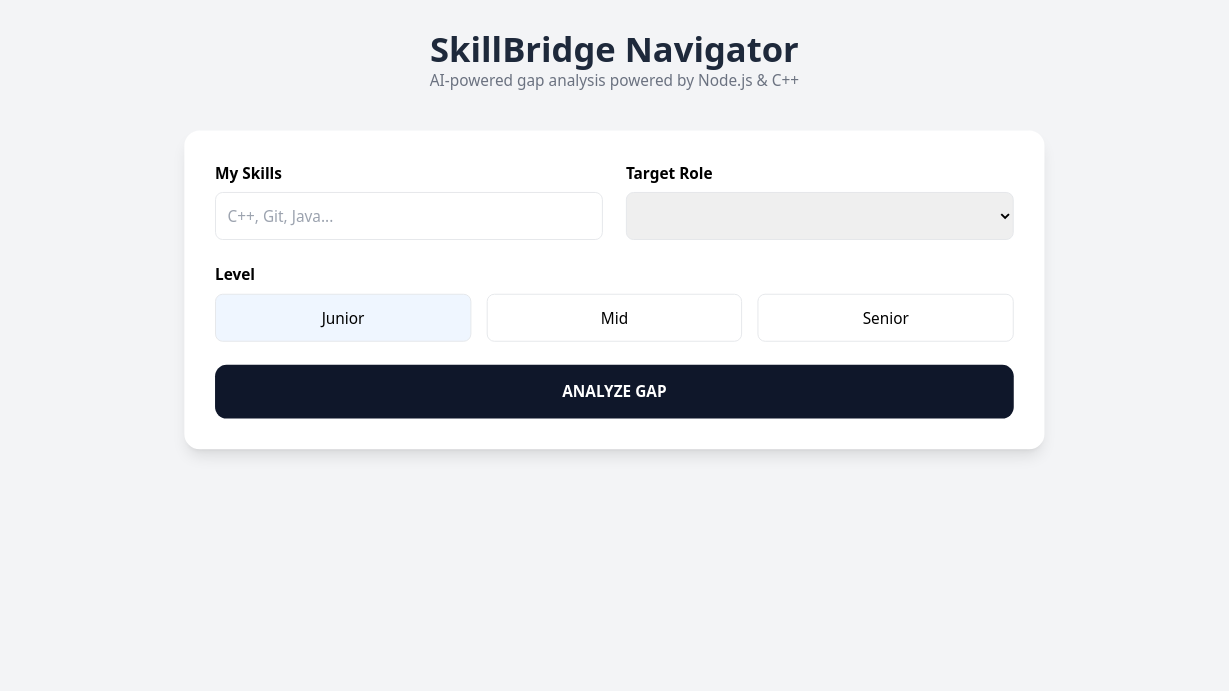
Repository: aasifk71/palo_alto
Page: public/index.html
These files come from the project's save history. The page is drawn as it stood at one moment and after the next save; the edit follows.
The browser window is 1280 px wide. The pictures show the whole page, at 96% of full size.
The page's requests for data from a server got no answer. Some web libraries are served in a nearby version.

Above is the page before, as saved 2026-03-19 00:52:27.

After the next save:
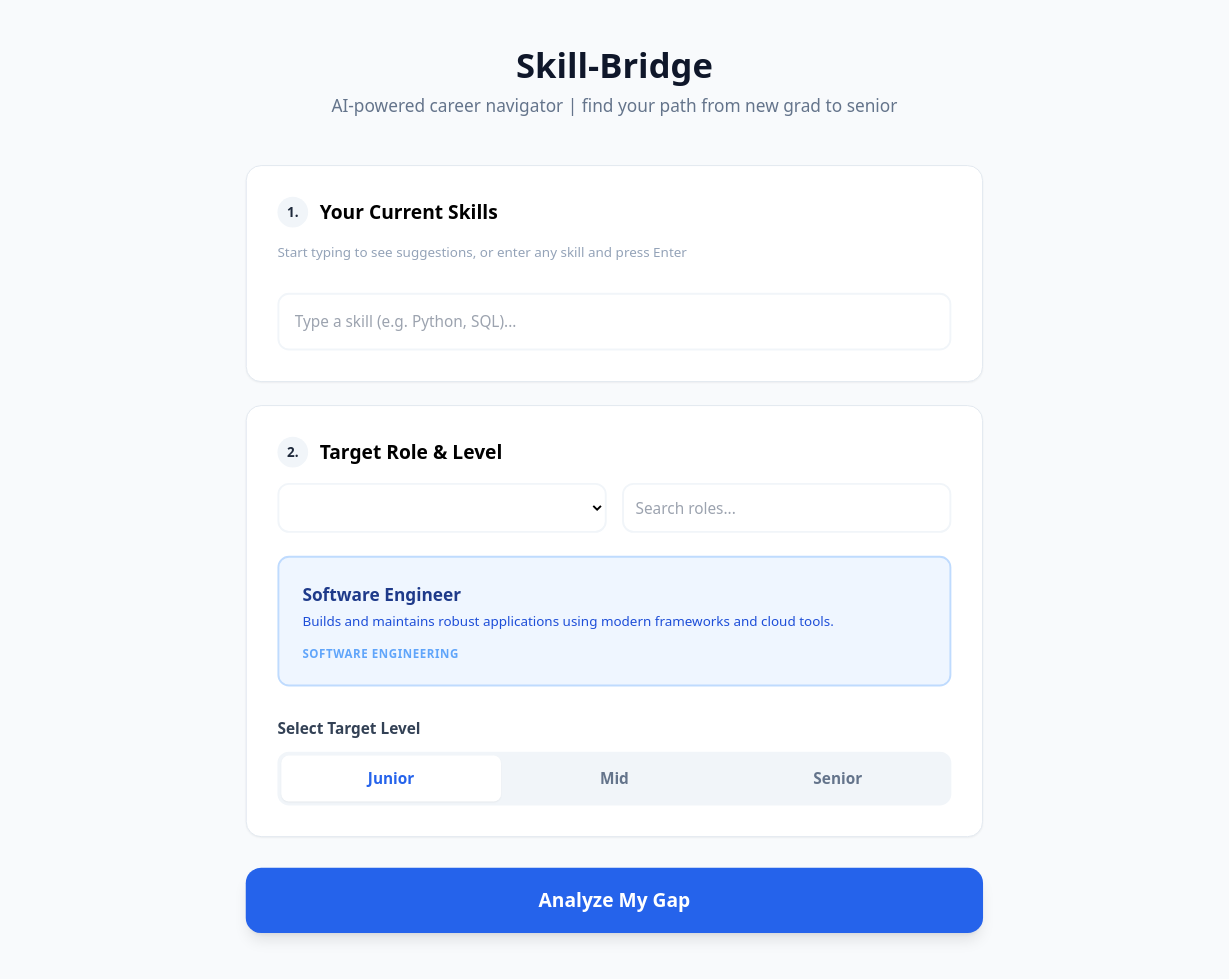
Saved 14 h 20 min later.
--- a/public/index.html
+++ b/public/index.html
@@ -2,48 +2,89 @@
 <html lang="en">
 <head>
     <meta charset="UTF-8">
+    <meta name="viewport" content="width=device-width, initial-scale=1.0">
     <title>SkillBridge | Career Navigator</title>
     <script src="https://cdn.tailwindcss.com"></script>
+    <style>
+        .skill-tag { transition: all 0.2s; }
+        .skill-tag:hover { background-color: #fee2e2; color: #ef4444; border-color: #fca5a5; }
+    </style>
 </head>
-<body class="bg-gray-100 p-8">
-    <div class="max-w-4xl mx-auto">
-        <header class="mb-10 text-center">
-            <h1 class="text-4xl font-bold text-slate-800">SkillBridge Navigator</h1>
-            <p class="text-gray-500">AI-powered gap analysis powered by Node.js & C++</p>
+<body class="bg-slate-50 min-h-screen p-4 md:p-12">
+    <div class="max-w-3xl mx-auto">
+        <!-- Header -->
+        <header class="text-center mb-12">
+            <h1 class="text-4xl font-extrabold text-slate-900 mb-2">Skill-Bridge</h1>
+            <p class="text-slate-500 font-medium text-lg">AI-powered career navigator | find your path from new grad to senior</p>
         </header>
 
-        <div class="bg-white p-8 rounded-2xl shadow-lg">
-            <div class="grid grid-cols-1 md:grid-cols-2 gap-6 mb-6">
-                <div>
-                    <label class="font-bold block mb-2">My Skills</label>
-                    <input id="skillsInput" type="text" placeholder="C++, Git, Java..." class="w-full border p-3 rounded-lg">
-                </div>
-                <div>
-                    <label class="font-bold block mb-2">Target Role</label>
-                    <select id="roleSelect" class="w-full border p-3 rounded-lg"></select>
+        <!-- Step 1: Skills -->
+        <div class="bg-white p-8 rounded-2xl shadow-sm border border-slate-200 mb-6">
+            <h2 class="text-xl font-bold mb-4 flex items-center">
+                <span class="bg-slate-100 text-slate-800 w-8 h-8 rounded-full inline-flex items-center justify-center mr-3 text-sm">1.</span>
+                Your Current Skills
+            </h2>
+            <p class="text-slate-400 text-sm mb-4">Start typing to see suggestions, or enter any skill and press Enter</p>
+
+            <div id="skillsContainer" class="flex flex-wrap gap-2 mb-4">
+                <!-- Skill tags will appear here -->
+            </div>
+
+            <input id="skillInput" type="text" placeholder="Type a skill (e.g. Python, SQL)..."
+                class="w-full border-2 border-slate-100 p-4 rounded-xl focus:outline-none focus:border-blue-400 transition-colors">
+        </div>
+
+        <!-- Step 2: Role & Level -->
+        <div class="bg-white p-8 rounded-2xl shadow-sm border border-slate-200 mb-8">
+            <h2 class="text-xl font-bold mb-4 flex items-center">
+                <span class="bg-slate-100 text-slate-800 w-8 h-8 rounded-full inline-flex items-center justify-center mr-3 text-sm">2.</span>
+                Target Role & Level
+            </h2>
+
+            <div class="grid grid-cols-1 md:grid-cols-2 gap-4 mb-6">
+                <select id="roleSelect" class="w-full border-2 border-slate-100 p-3 rounded-xl bg-white focus:border-blue-400 outline-none">
+                    <!-- Loaded from API -->
+                </select>
+                <div class="relative">
+                    <input type="text" placeholder="Search roles..." class="w-full border-2 border-slate-100 p-3 rounded-xl outline-none">
                 </div>
             </div>
 
-            <div class="mb-6">
-                <label class="font-bold block mb-2">Level</label>
-                <div class="flex gap-4">
-                    <button onclick="setLevel('junior')" class="level-btn flex-1 p-3 border rounded-lg bg-blue-50">Junior</button>
-                    <button onclick="setLevel('mid')" class="level-btn flex-1 p-3 border rounded-lg">Mid</button>
-                    <button onclick="setLevel('senior')" class="level-btn flex-1 p-3 border rounded-lg">Senior</button>
-                </div>
+            <!-- Role Preview Card -->
+            <div class="bg-blue-50 border-2 border-blue-200 p-6 rounded-xl mb-8">
+                <h3 id="previewTitle" class="font-bold text-blue-900 text-lg">Software Engineer</h3>
+                <p id="previewDesc" class="text-blue-700 text-sm mt-1">Builds and maintains robust applications using modern frameworks and cloud tools.</p>
+                <span id="previewCat" class="text-xs uppercase tracking-wider font-bold text-blue-400 mt-4 block">Software Engineering</span>
             </div>
 
-            <button onclick="analyze()" id="btn" class="w-full bg-slate-900 text-white p-4 rounded-xl font-bold hover:bg-slate-800">ANALYZE GAP</button>
+            <label class="block font-bold text-slate-700 mb-3">Select Target Level</label>
+            <div class="flex p-1 bg-slate-100 rounded-xl gap-1">
+                <button onclick="setLevel('junior')" class="level-btn flex-1 py-3 px-4 rounded-lg font-bold transition-all bg-white shadow-sm text-blue-600">Junior</button>
+                <button onclick="setLevel('mid')" class="level-btn flex-1 py-3 px-4 rounded-lg font-bold transition-all text-slate-500">Mid</button>
+                <button onclick="setLevel('senior')" class="level-btn flex-1 py-3 px-4 rounded-lg font-bold transition-all text-slate-500">Senior</button>
+            </div>
         </div>
 
-        <div id="results" class="hidden mt-10">
-            <div class="flex justify-between items-center mb-6">
-                <h2 id="resTitle" class="text-2xl font-bold"></h2>
-                <span id="resScore" class="text-4xl font-black text-blue-600"></span>
+        <button onclick="analyze()" id="btn" class="w-full bg-blue-600 hover:bg-blue-700 text-white py-5 rounded-2xl font-black text-xl shadow-lg transition-transform active:scale-[0.98]">
+            Analyze My Gap
+        </button>
+
+        <!-- Results Section -->
+        <div id="results" class="hidden mt-12 animate-in fade-in slide-in-from-bottom-4 duration-500">
+            <div class="flex justify-between items-end mb-8 border-b pb-6">
+                <div>
+                    <h2 class="text-slate-500 font-bold uppercase tracking-widest text-sm mb-1">Gap Analysis Results</h2>
+                    <h3 id="resTitle" class="text-3xl font-black text-slate-900"></h3>
+                </div>
+                <div class="text-right">
+                    <span id="resScore" class="text-5xl font-black text-blue-600 italic"></span>
+                    <p class="text-slate-400 font-bold text-sm">Match Score</p>
+                </div>
             </div>
             <div id="gapList" class="space-y-6"></div>
         </div>
     </div>
+
     <script src="script.js"></script>
 </body>
 </html>
